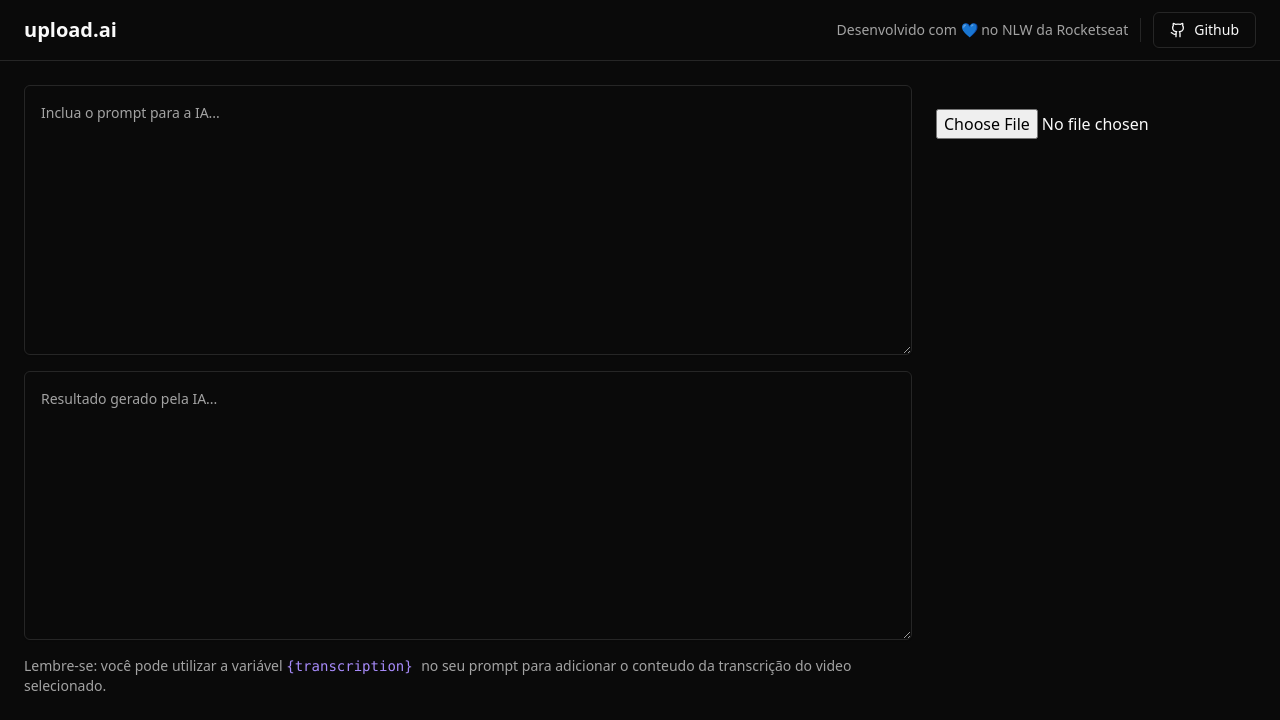
Repository: ricardolimati/upload-ai-web
Page: /
An editor plug-in stored every save of this project. The page is shown before and after the next save, followed by the edit.
The browser window is 1280 px wide. The pictures show the whole page.
The project was rebuilt for these pictures with package versions that can differ from the ones it lists, and the page was loaded fresh each time. Also part of the build but not shown: vite.config.ts.

Above is the page before, as saved 2023-09-11 23:40:42.

After the next save:
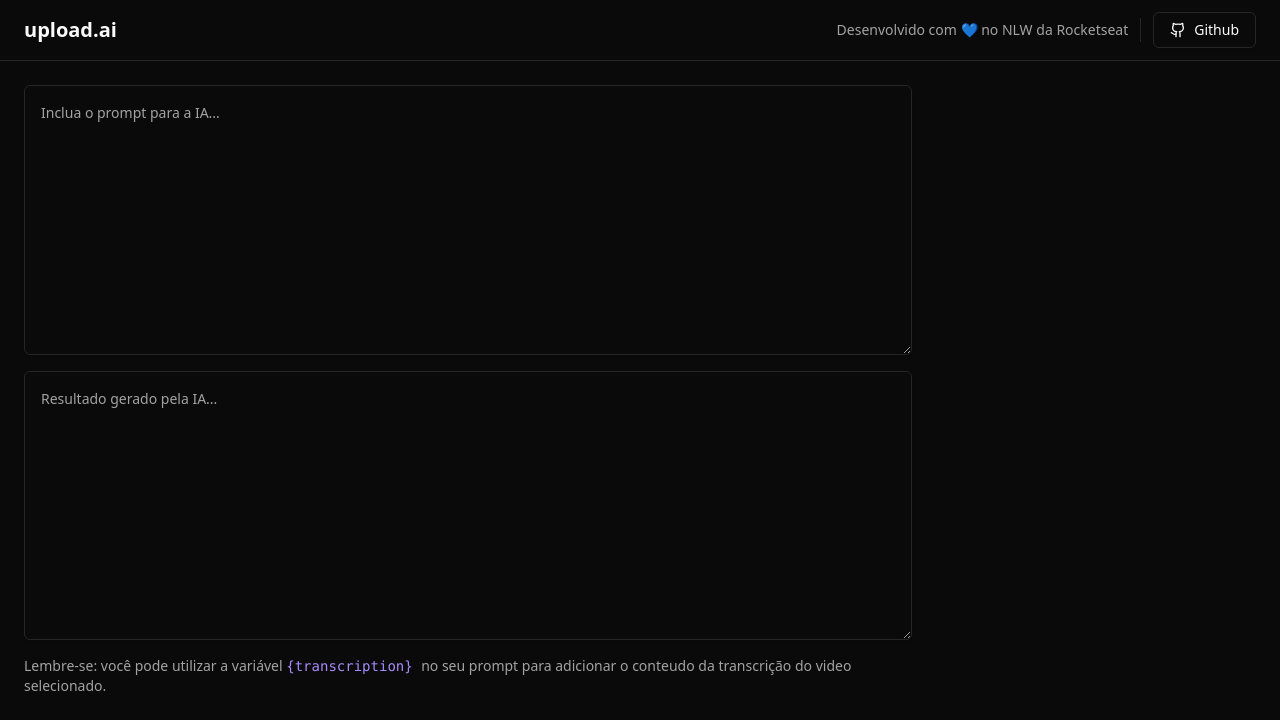
Saved 6 s later.
--- a/src/App.tsx
+++ b/src/App.tsx
@@ -40,7 +40,7 @@ export function App() {
       <aside className="w-80 space-y-6">
         <form className="space-y-6" action="" method="post">
           <label htmlFor="video"></label>
-          <input type="file" id="video" accept="video/mp4" className=""/>
+          <input type="file" id="video" accept="video/mp4" className="sr-only"/>
         </form>
       </aside>
     </main>
